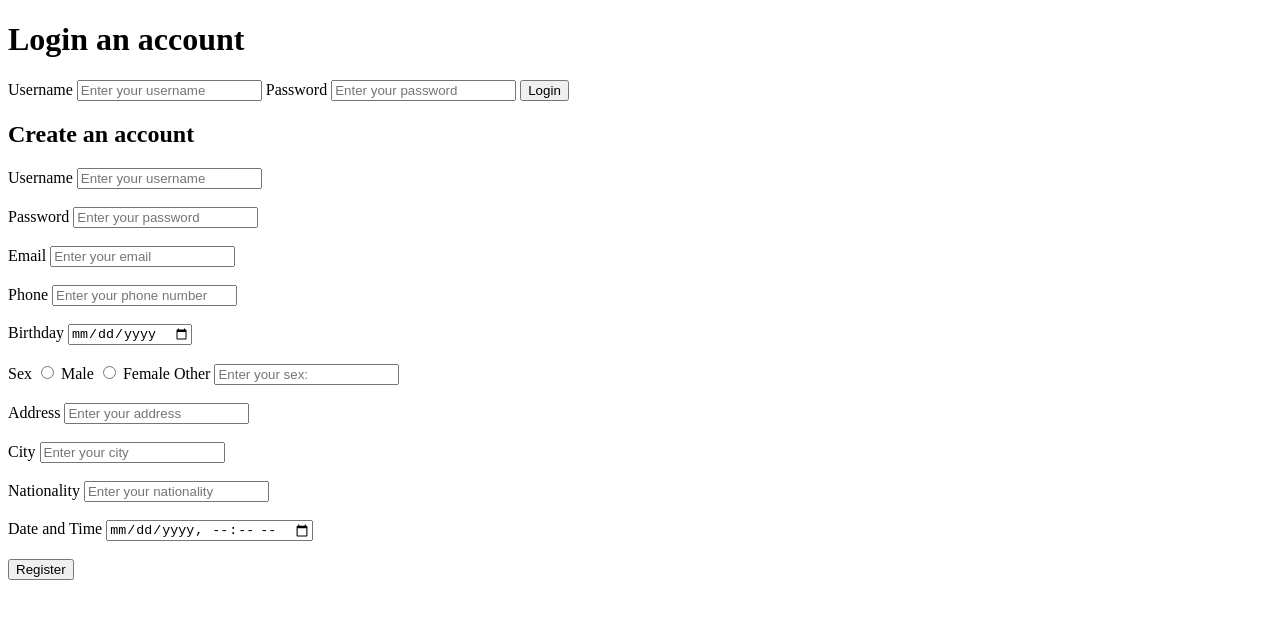
Repository: bao2222/hoc-lam-web
Page: welcome.html
These files come from the project's save history. The page is drawn as it stood at one moment and after the next save; the edit follows.
The browser window is 1280 px wide. The pictures show the whole page.

Above is the page before, as saved 2024-12-30 09:10:24.

### welcome.html
<!DOCTYPE html>
<html lang="en">

    <head>
        <meta charset="UTF-8">
        <title>Welcome</title>
        <meta content = "this is my website" name = "description">
        <meta author = "me">




    </head>

    <body>
        <h1>Login an account</h1>
        <div>
            <div class="login">
                <form action="project.js" method="POST" >

                    <label for="username">Username</label>
                    <input type="text" id="username" placeholder="Enter your username" name="username" required>

                    <label for="password">Password</label>
                    <input type="password" id="password" placeholder="Enter your password" name="password" required>

                    <button type="submit">Login</button>

                </form>
            </div>

            <h2>Create an account</h2>
            <div>
                <div class="register">
                    <form action="project.js" method="POST" >

                        <label for="register_username">Username</label>
                        <input type="text" id="register_username" placeholder="Enter your username" name="register_username" required><br><br>

                        <label for="register_password">Password</label>
                        <input type="password" id="register_password" placeholder="Enter your password" name="password" required><br><br>

                        <label for="register_email">Email</label>
                        <input type="email" id="register_email" placeholder="Enter your email" name="email" required><br><br>

                        <label for="register_phone">Phone</label>
                        <input type="tel" id="register_phone" placeholder="Enter your phone number" name="phone" required><br><br>

                        <label for="register_dob">Birthday</label>
                        <input type="date" id="register_dob" placeholder="Enter your birthday" name="dob" required><br><br>

                        <label for="register_sex">Sex</label>
                        <input type="radio" id="register_male" name="sex" value="male" required>
                        <label for="register_male">Male</label>
                        <input type="radio" id="register_female" name="sex" value="female" required>
                        <label for="register_female">Female</label>
                        <label for="register_other">Other</label>
                        <input type="text" id="register_other" placeholder="Enter your sex: " name="other" required><br><br>

                        <label for="register_address">Address</label>
                        <input type="text" id="register_address" placeholder="Enter your address" name="address" required><br><br>

                        <label for="register_city">City</label>
                        <input type="text" id="register_city" placeholder="Enter your city" name="city" required><br><br>

                        <label for="register_nationality">Nationality</label>
                        <input type="text" id="register_nationality" placeholder="Enter your nationality" name="nationality" required><br><br>

                        <label for="register_datetime">Date and Time</label>
                        <input type="datetime-local" id="register_datetime" placeholder="Enter your date and time" name="datetime" required><br><br>



                        <button type="submit">Register</button>

                    </form>



                </div>


            </div>



        </div>





    </body>





</html>

After the next save:
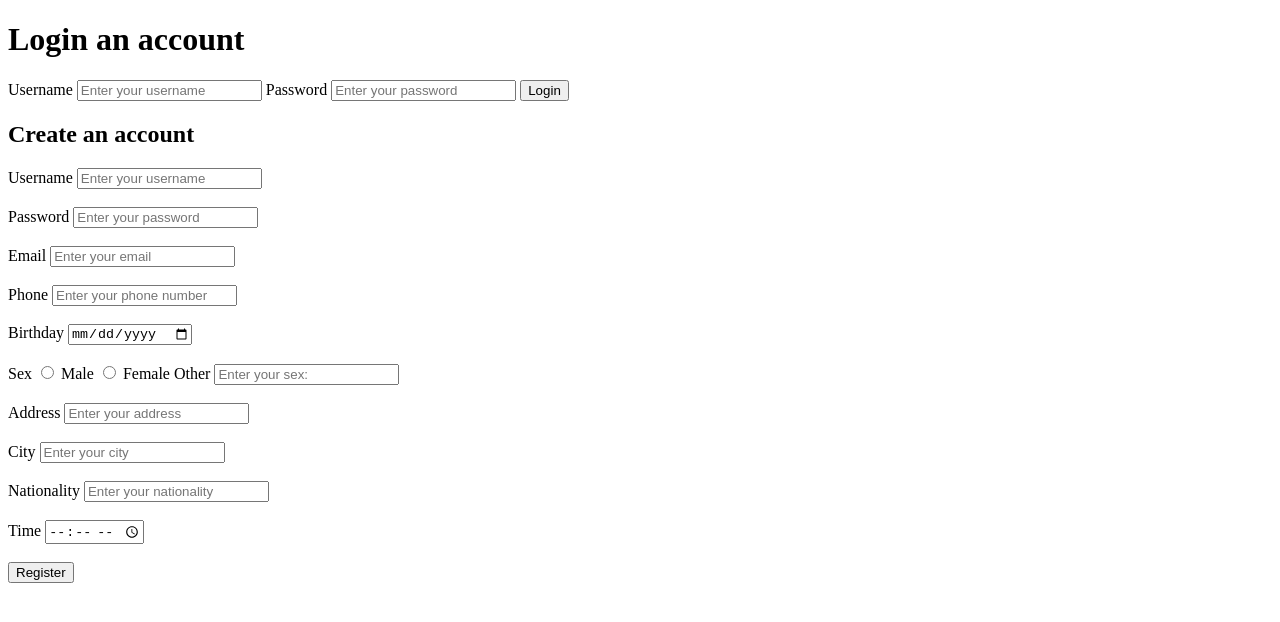
Saved 2 min 39 s later.
--- a/welcome.html
+++ b/welcome.html
@@ -66,8 +66,10 @@
                         <label for="register_nationality">Nationality</label>
                         <input type="text" id="register_nationality" placeholder="Enter your nationality" name="nationality" required><br><br>
 
-                        <label for="register_datetime">Date and Time</label>
-                        <input type="datetime-local" id="register_datetime" placeholder="Enter your date and time" name="datetime" required><br><br>
+                        <label for="register_time" >Time</label>
+                        <input type="time" id="register_time" placeholder="Enter your time" name="time" required><br><br>
+
+
 
 
 
